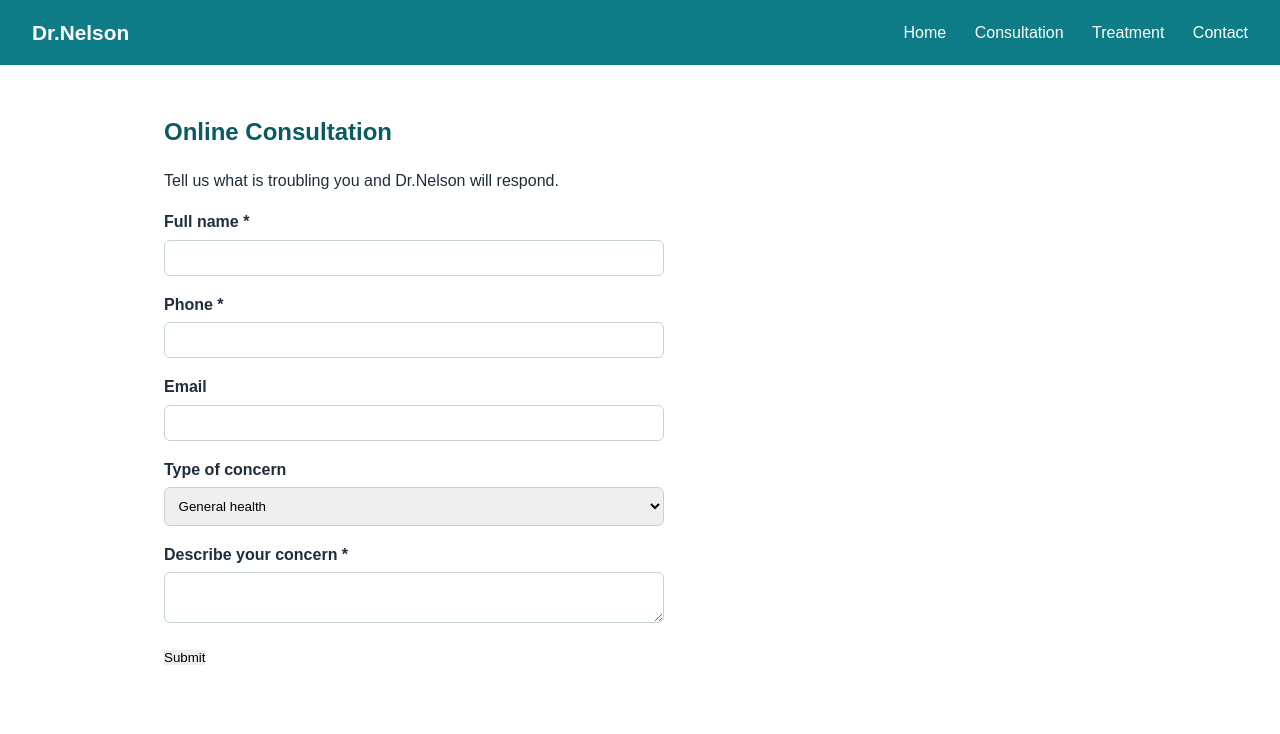
Repository: Nelson254-PNG/doctor_site
Page: public/consultation.html
These files come from the project's save history. The page is drawn as it stood at one moment and after the next save; the edit follows.
The browser window is 1280 px wide. The pictures show the whole page.

Above is the page before, as saved 2026-10-14 23:25:02.
Console error: TypeError: Cannot read properties of null (reading 'addEventListener')

### public/consultation.html
<!DOCTYPE html>
<html lang="en">
<head>
    <meta charset="UTF-8">
    <title>Dr. Nelson  - Home</title>
    <link rel="stylesheet" href="/css/style.css">
</head>
<body>
  <header>
   <div class="logo"> Dr.Nelson</div>
   <nav>
    <a href="/index.html">Home</a>
    <a href="/Consultation.html">Consultation</a>
    <a href="/treatment.html">Treatment</a>
    <a href="/contact.html">Contact</a>
    </nav>
  </header>
  <section>
    <h2>Online Consultation</h2>
    <p>Tell us what is troubling you and Dr.Nelson will respond.</p>

    <form id="consultaForm">
      <label>Full name *</label>
      <input type="text" name="name" required>

      <label>Phone *</label>
      <input type="tel" name="phone" required>

      <label>Email</label>
      <input type="email" name="email">

      <label>Type of concern</label>
      <select name="category">
        <option>General health</option>
        <option>Child health</option>
        <option>Women's health</option>
        <option>Other</option>
      </select>

      <label> Describe your concern *</label>
      <textarea name="message" required></textarea>

      <button type="submit">Submit</button>
      <p id="status"></p>
    </form>
  </section>

  <script>
    const form = document.getElementById("consultForm");
    const statusBox = document.getElementById("status");

    form.addEventListener("submit", async (e) => {
      e.preventDefault();                       // stop the page reloading
      statusBox.textContent = "Sending...";

      try {
        const res = await fetch("/api/consultation", {
          method: "POST",
          headers: { "Content-Type": "application/x-www-form-urlencoded" },
          body: new URLSearchParams(new FormData(form))
        });
        const data = await res.json();

        if (data.ok) {
          statusBox.textContent = "Thank you! Your request has been received.";
          form.reset();
        } else {
          statusBox.textContent = data.error;
        }
      } catch (err) {
        statusBox.textContent = "Could not reach the server. Please try again.";
      }
    });

  </script>

### public/css/style.css
:root {
  --primary: #0e7c86;
  --primary-dark: #095a61;
  --light: #f4fafb;
  --text: #1f2d3d;
}

* { box-sizing: border-box; margin: 0; padding: 0; }

body {
  font-family: Arial, Helvetica, sans-serif;
  color: var(--text);
  line-height: 1.6;
}

/* ---------- Navigation ---------- */
header {
  background: var(--primary);
  padding: 1rem 2rem;
  display: flex;
  justify-content: space-between;
  align-items: center;
}
header .logo { color: white; font-size: 1.3rem; font-weight: bold; }
nav a {
  color: white;
  text-decoration: none;
  margin-left: 1.5rem;
}
nav a:hover { text-decoration: underline; }

/* ---------- Hero ---------- */
.hero {
  background: var(--light);
  text-align: center;
  padding: 5rem 1.5rem;
}
.hero h1 { font-size: 2.4rem; color: var(--primary-dark); }
.hero p { max-width: 600px; margin: 1rem auto 2rem; }

.btn {
  display: inline-block;
  background: var(--primary);
  color: white;
  padding: 0.8rem 1.6rem;
  border-radius: 6px;
  text-decoration: none;
  margin: 0.3rem;
}
.btn:hover { background: var(--primary-dark); }

/* ---------- Sections ---------- */
section { padding: 3rem 1.5rem; max-width: 1000px; margin: auto; }
section h2 { color: var(--primary-dark); margin-bottom: 1rem; }

.cards {
  display: grid;
  grid-template-columns: repeat(auto-fit, minmax(240px, 1fr));
  gap: 1.5rem;
}
.card {
  border: 1px solid #dde7ea;
  border-radius: 8px;
  padding: 1.5rem;
}
.card h3 { color: var(--primary); margin-bottom: 0.5rem; }

footer {
  background: var(--primary-dark);
  color: white;
  text-align: center;
  padding: 1.5rem;
  margin-top: 2rem;
}
form { max-width: 500px; }
form label { display: block; margin-top: 1rem; font-weight: bold; }
form input, form select, form textarea {
  width: 100%;
  padding: 0.6rem;
  margin-top: 0.3rem;
  border: 1px solid #c5d3d6;
  border-radius: 6px;
  font-family: inherit;
}
form button { margin-top: 1.2rem; border: none; cursor: pointer; }
#status { margin-top: 1rem; font-weight: bold; color: var(--primary-dark); }

After the next save:
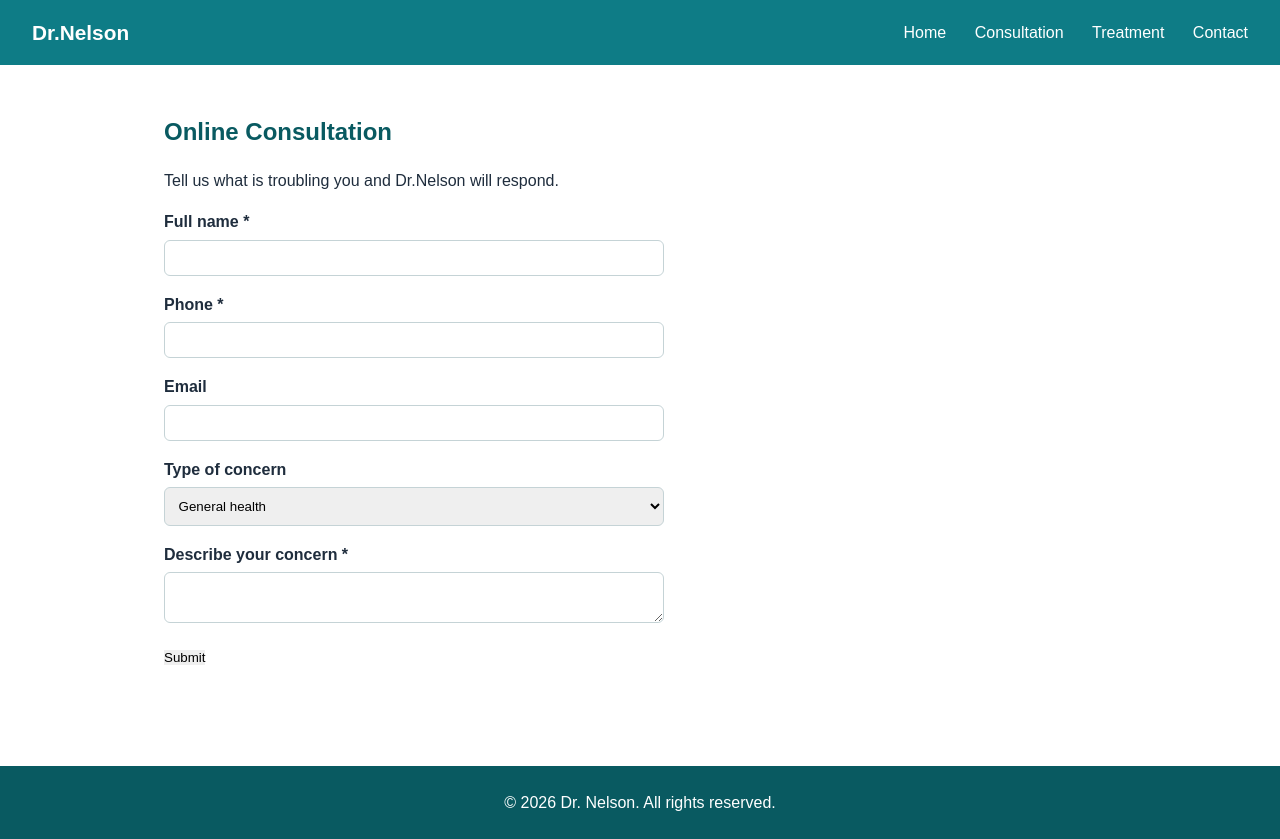
Saved 2 min 57 s later.
--- a/public/consultation.html
+++ b/public/consultation.html
@@ -73,3 +73,8 @@
     });
 
   </script>
+
+  <footer>&copy; 2026 Dr. Nelson. All rights reserved.</footer>
+
+</body>
+</html>
